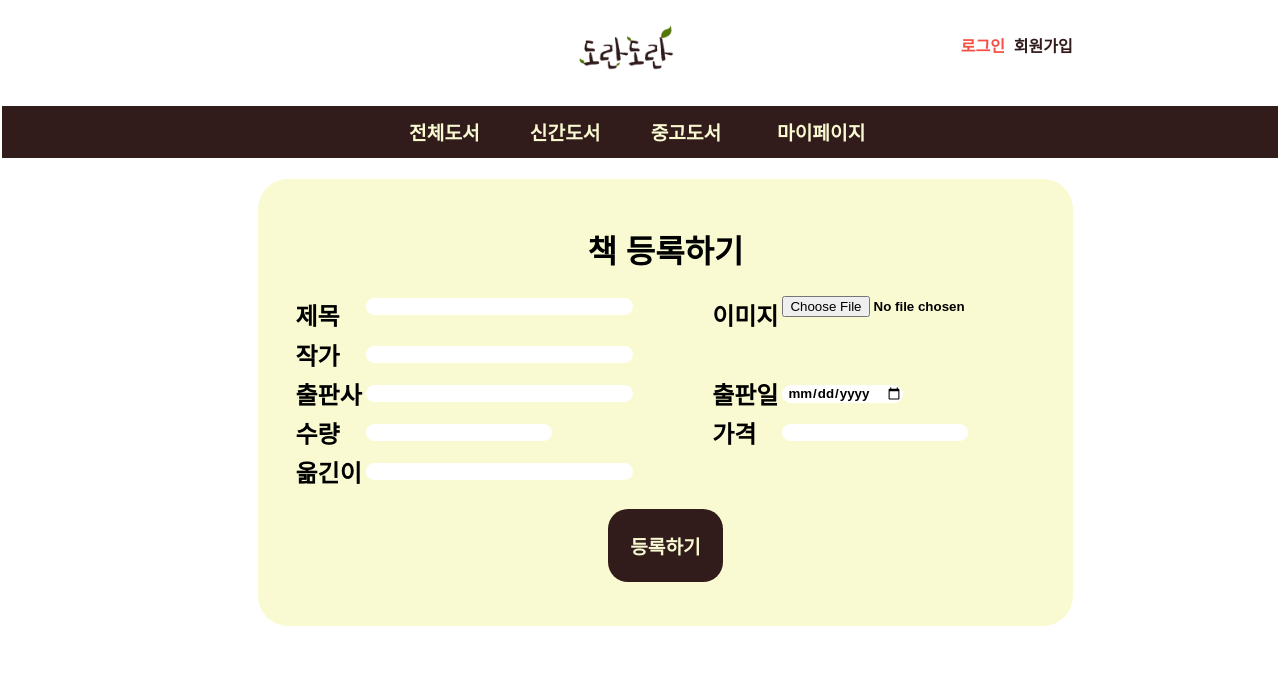
Repository: juhyun110701/DORANDORAN
Page: http://localhost/dorandoran/bookEnroll.jsp
These files come from the project's save history. The page is drawn as it stood at one moment and after a run of saves; the edit follows.
The browser window is 1280 px wide. The pictures show the whole page.
Some web fonts or font styles are not loaded; a fallback is used. The page is served by Tomcat 9. Other server files are loaded and not shown.

Above is the page before, as saved 2019-07-31 06:16:39.

### dorandoran/WebContent/bookEnroll.jsp
<%@ page language="java" contentType="text/html; charset=utf-8"
    pageEncoding="utf-8"%>
<!DOCTYPE html PUBLIC "-//W3C//DTD HTML 4.01 Transitional//EN" "http://www.w3.org/TR/html4/loose.dtd">
<html>
<head>
<meta http-equiv="Content-Type" content="text/html; charset=utf-8">
<title>책 등록</title>
<link rel="stylesheet" href="css/bookEnroll.css">
<link href="https://fonts.googleapis.com/css?family=Sunflower:300&display=swap" rel="stylesheet">
</head>
<body>
<jsp:include page="top.jsp" flush="false"/><p><p>
<form name="form" action="bookEnrollProc.jsp" method="post">
    <table id="whole">
        <tr>
           <td colspan=3>
               <div id="box" align="center">
                   <h1>책 등록하기</h1>
                   <p/>
                   <table>
                      <tr>
                         	 <td>
                               <font size="5%">제목</font>
                         	 </td>
                         	 <td>
                              <input type="text" name="title" class="text" size=30><p>
                       	   </td>
                      		<td width="10%"></td>
                      		<td>
                               <font size="5%">이미지</font>
                          	</td>
                      		<td>
                              <input type="file" name="file"><p>
                          </td>
                      </tr>
                      <tr>
                            <td>
                                <font size="5%">작가</font>
                            </td>
                            <td>
                                <input type="text" name="writer" class="text" size=30>
                            </td>
                       </tr>
                       <tr>
                            <td>
                                <font size="5%">출판사</font>
                            </td>
                            <td>
                                <input type="text" name="publisher" class="text" size=30>
                            </td>
                            <td width="10%"></td>
                            <td>
                                <font size="5%">출판일</font>
                            </td>
                            <td>
                                <input type="date" name="publish_date" class="text" size=30>
                            </td>
                       <tr>
                            <td>
                                <font size="5%">수량</font>
                            </td>
                            <td>
                                <input type="number" name="stock" class="text" size=30>
                            </td>
                       		<td width="10%"></td>
                            <td>
                                <font size="5%">가격</font>
                            </td>
                            <td>
                                <input type="number" name="price" class="text" size=30>
                            </td>
                       </tr>
                       <tr>
                            <td>
                                <font size="5%">옮긴이</font>
                            </td>
                            <td  colspan=4>
                                <input type="text" name="translator" class="text" size=30>
                            </td>
                       </tr>
                       <tr>
                           <td colspan=5 align="center">
                           	<p>
                           	<input type="button" id="enroll" class="btn" value="등록하기" onclick="check()">
                           	<p>
                           </td>
                       </tr>
                   </table>

               </div>
           </td>
        </tr>
    </table>
</form>
</body>
</html>

### dorandoran/WebContent/top.jsp
<%@ page language="java" contentType="text/html; charset=UTF-8"
    pageEncoding="UTF-8"%>
<!DOCTYPE html>
<html>
<head>
<meta charset="utf-8">
<title>도란도란</title>
<!--
<link rel="shortcut icon" href="img/logo.png">
<link rel="apple-touch-icon" href="img/logo_apple.png">
-->
<link rel="stylesheet" href="css/index.css">
<link href="https://fonts.googleapis.com/css?family=Sunflower:300&display=swap" rel="stylesheet">
<script>
	function check(){
		alert("로그인 후 이용하실 수 있습니다");
		return ;
	}
</script>
</head>
<body>
    <table id="whole">
        <tr>
            <td width="45%"></td>
            <td width="10%"><a href="index.jsp"><img src="img/logo.png" width="80%"></a></td>
            <td width="45%" style="padding-left:20%;">
            <div id="login"></div>
                		<a href="login.jsp" class="top_menu" style="color:#f54e42;" target="_top">로그인</a>&nbsp;
                		<a href="signup.jsp" class="top_menu" target="_top">회원가입</a><p>
            </td>
        </tr>
        <tr class="menu">
            <td colspan=3>
                <table width="100%" height="50px">
                    <tr>
                       <td width="30%"></td>
                        <td class="menu_in"><a href="index.jsp">전체도서</a></td>
                        <td class="menu_in"><a href="recentBook.jsp">신간도서</a></td>
                        <td class="menu_in"><a href="oldBook.jsp">중고도서</a></td>
                        <td class="menu_in"><a onclick="check()">마이페이지</a></td>
                        <td width="30%"></td>
                    </tr>
                </table></td>
        </tr>
    </table>
</body>
</html>

### dorandoran/WebContent/css/bookEnroll.css
body{
    margin:0;
}

*{
    font-family: 'Sunflower', sans-serif;
    font-weight:bold;
}

#whole{
    width:100%;
    height:100%;
}

a{
    text-decoration: none;
}

#box{
    background-color:lightgoldenrodyellow;
    border-radius:30px;
    width:60%;
    margin-left: 20%;
    padding:2%;
}

.text{
	border-radius:10px;
	border:0;
	outline:0;
	padding-left:5px;
}

.btn{
	background-color:#311b1b;
	color:lightgoldenrodyellow;
	border-radius:20px;
	border:0;
	outline:0;
	padding:3%;
	font-size:120%;
}

### dorandoran/WebContent/css/index.css
body{
    margin:0;
}

*{
    font-family: 'Sunflower', sans-serif;
    font-weight:bold;
}

#whole{
    width:100%;
    height:100%;
}

a{
    text-decoration: none;
}

.top_menu{
    color:#311b1b;
}

.top_menu:hover{
    color:#ed6853;
}

.menu{
    background-color:#311b1b;
    text-align:center;
    font-size:120%;
}

.menu_in a{
    color:lightgoldenrodyellow;
    width:10%;
}

.menu_in a:hover{
    color:#ed6853;
}

After the next 2 saves:
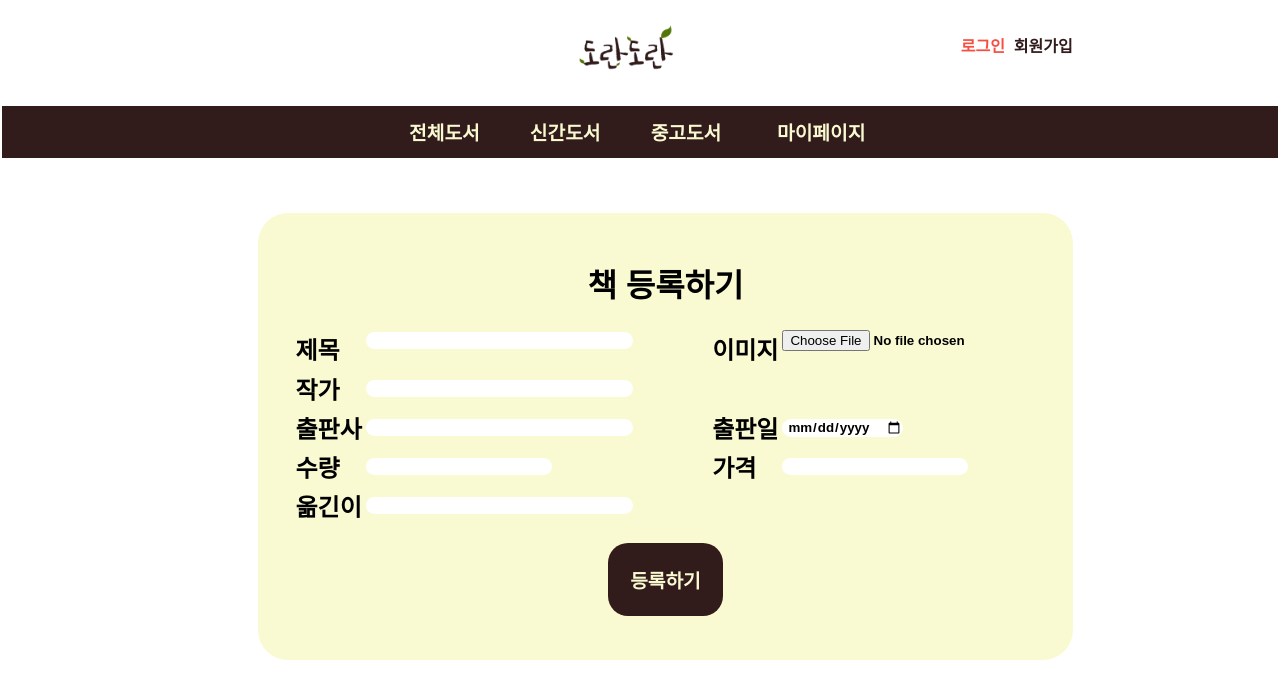
The 2 saves are shown as one change because they came seconds apart.
The last was saved 11 s later.
--- a/dorandoran/WebContent/bookEnroll.jsp
+++ b/dorandoran/WebContent/bookEnroll.jsp
@@ -9,7 +9,7 @@
 <link href="https://fonts.googleapis.com/css?family=Sunflower:300&display=swap" rel="stylesheet">
 </head>
 <body>
-<jsp:include page="top.jsp" flush="false"/><p><p>
+<jsp:include page="top.jsp" flush="false"/><p><br>
 <form name="form" action="bookEnrollProc.jsp" method="post">
     <table id="whole">
         <tr>
